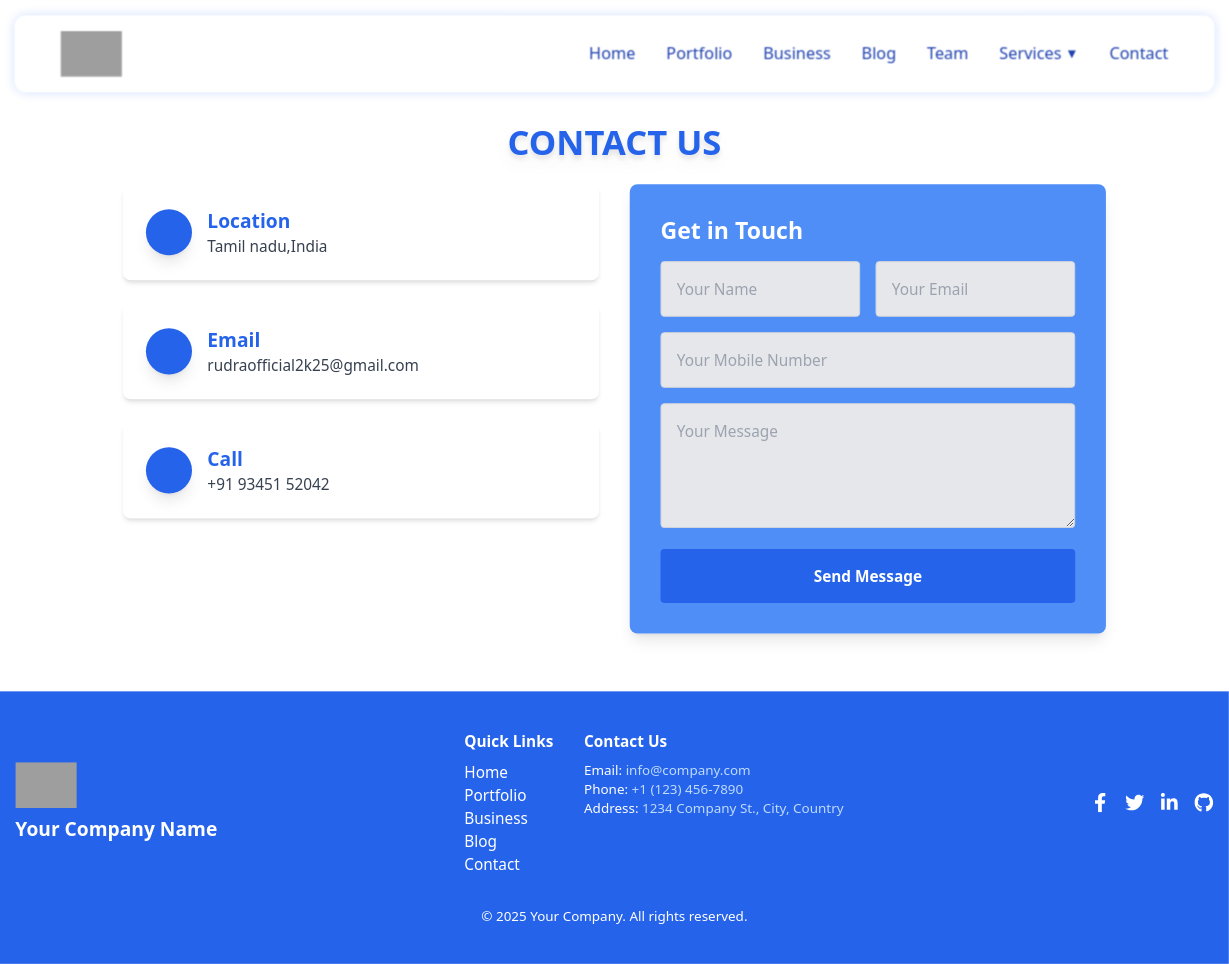
Repository: Rudra-Eswaran/Rudra_Official
Page: /
These files come from the project's save history. The page is drawn as it stood at one moment and after the next save; the edit follows.
The browser window is 1280 px wide. The pictures show the whole page, at 96% of full size.
Pictures or frames that could not be fetched are drawn as grey boxes. Some web libraries are served in a nearby version. The project was rebuilt for these pictures with package versions that can differ from the ones it lists, and the page was loaded fresh each time. Also part of the build but not shown: vite.config.js.

Above is the page before, as saved 2025-04-15 19:36:48.

After the next save:
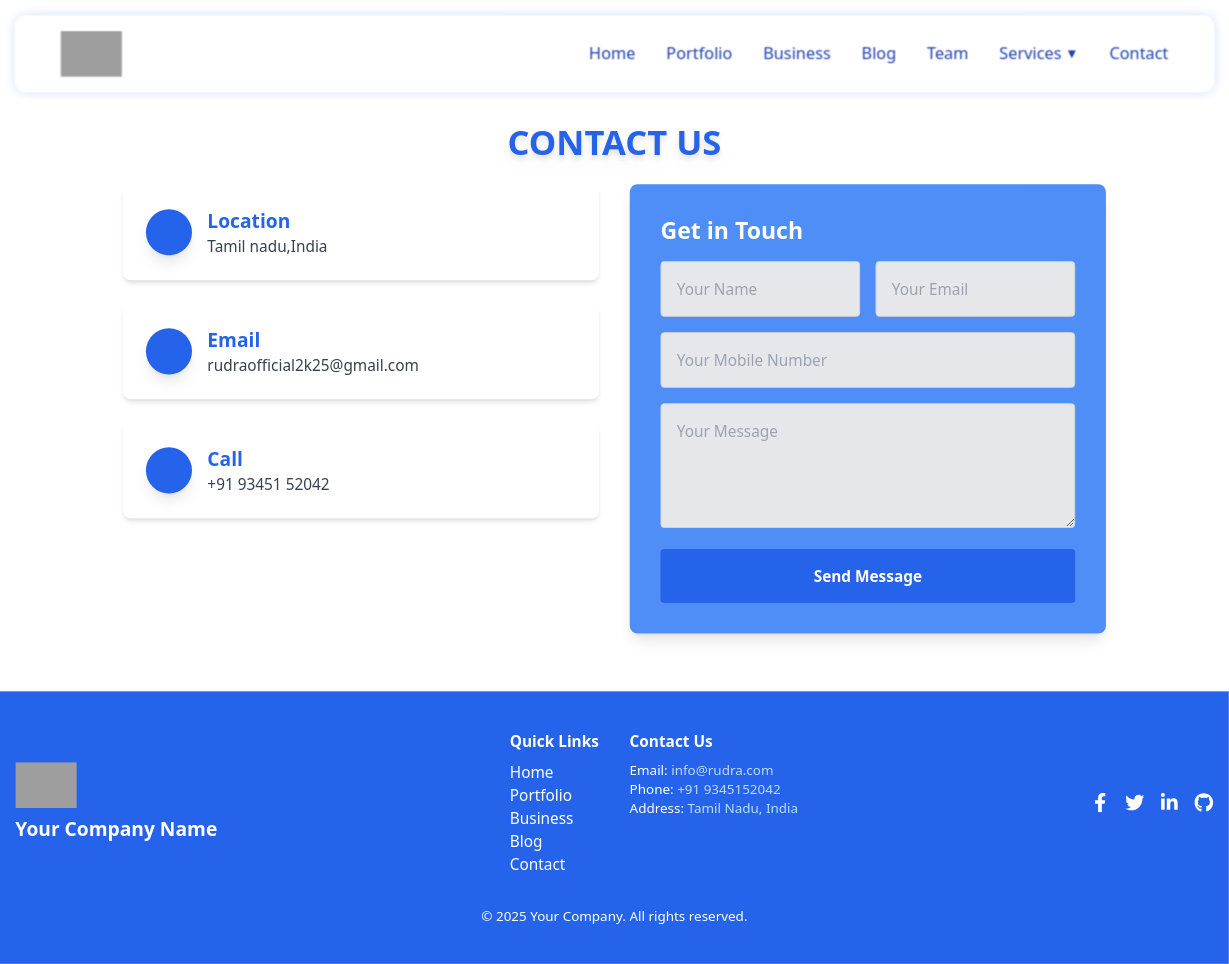
Saved 105 s later.
--- a/src/pages/Footer.jsx
+++ b/src/pages/Footer.jsx
@@ -41,13 +41,13 @@ const Footer = () => {
               <h4 className="font-bold mb-2">Contact Us</h4>
               <ul>
                 <li>
-                  <p className="text-sm">Email: <span className="text-blue-200">info@company.com</span></p>
+                  <p className="text-sm">Email: <span className="text-blue-200">info@rudra.com</span></p>
                 </li>
                 <li>
-                  <p className="text-sm">Phone: <span className="text-blue-200">+1 (123) 456-7890</span></p>
+                  <p className="text-sm">Phone: <span className="text-blue-200">+91 9345152042</span></p>
                 </li>
                 <li>
-                  <p className="text-sm">Address: <span className="text-blue-200">1234 Company St., City, Country</span></p>
+                  <p className="text-sm">Address: <span className="text-blue-200">Tamil Nadu, India</span></p>
                 </li>
               </ul>
             </div>
